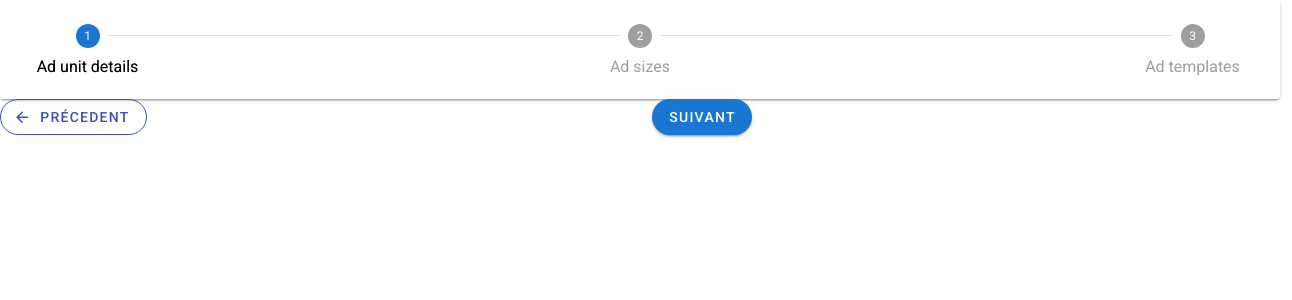
Repository: SidneyHodieb/myc
Page: /addsource
These files come from the project's save history. The page is drawn as it stood at one moment and after the next save; the edit follows.
The browser window is 1280 px wide. The page is 1292 px wide, so the pictures cover 1292 px, including what lies to the right of the window. The pictures show the whole page.
The project was rebuilt for these pictures with package versions that can differ from the ones it lists, and the page was loaded fresh each time. Also part of the build but not shown: vue.config.js, src/views/Home.vue, src/views/addSource/components/format.vue, src/views/addSource/components/card.vue, src/views/addSource/components/trigger.vue.

Above is the page before, as saved 2021-04-03 17:53:47.

### src/App.vue
<template>
  <v-app>
    <v-main>
      <router-view></router-view>
    </v-main>
  </v-app>
</template>

<script>

export default {
  name: 'App',
  data: () => ({
    //
  }),
};
</script>

### src/router/index.js
import Vue from 'vue'
import VueRouter from 'vue-router'
import Home from '../views/Home.vue'
import addSource from '../views/addSource/column'
import format from '../views/addSource/components/format'
import card from '../views/addSource/components/card'
import trigger from '../views/addSource/components/trigger'

Vue.use(VueRouter)

const routes = [
  {
    path: '/',
    name: 'Home',
    component: Home
  },
  {
    path: '/addsource',
    name: 'addSource',
    component: addSource,
    children: [
      {
        path: 'format',
        component: format
      },
      {
        path: 'card',
        component: card
      },
      {
        path: 'trigger',
        component: trigger
      }
    ]
  },
  {
    path: '/about',
    name: 'About',
    // route level code-splitting
    // this generates a separate chunk (about.[hash].js) for this route
    // which is lazy-loaded when the route is visited.
    component: function () {
      return import(/* webpackChunkName: "about" */ '../views/About.vue')
    }
  }
]

const router = new VueRouter({
  mode: 'history',
  base: process.env.BASE_URL,
  routes
})

export default router

### src/views/addSource/column.vue
<template>
  <div>
    <!-- Header -->
      <v-stepper alt-labels>
          <v-stepper-header>
            <v-stepper-step step="1">
              Ad unit details
            </v-stepper-step>

            <v-divider></v-divider>

            <v-stepper-step step="2">
              Ad sizes
            </v-stepper-step>

            <v-divider></v-divider>

            <v-stepper-step step="3">
              Ad templates
            </v-stepper-step>
          </v-stepper-header>
        </v-stepper>

        <!-- Content -->
        <router-view></router-view>
        <!--Footer  -->


      <v-row absolute bottom>
        <v-col>
          <v-btn
      rounded
      outlined
      color="indigo"
    >
     <v-icon left>
        mdi-arrow-left
      </v-icon>
      Précedent
    </v-btn>
        </v-col>
        <v-col>
          <v-btn
      rounded
      color="primary"
      dark
    >
      Suivant
    </v-btn>
        </v-col>
      </v-row>


   <!--  <v-sheet
      id="scroll-threshold-example"
      class="overflow-y-auto pb-16"
      max-height="600"
    >
      <v-responsive height="1500"></v-responsive>
    </v-sheet> -->
  </div>
</template>

<script>
export default {

}
</script>

<style>

</style>

Loaded but not shown: public/index.html (common file); src/main.js (common file); src/store/index.js (common file); src/plugins/vuetify.js (common file)

After the next save:
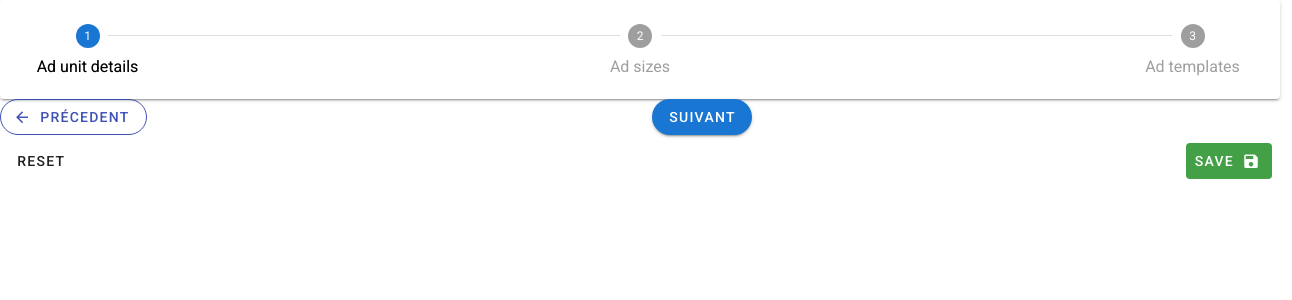
Saved 4 min 12 s later.
--- a/src/views/addSource/column.vue
+++ b/src/views/addSource/column.vue
@@ -26,7 +26,7 @@
         <!--Footer  -->
 
 
-      <v-row absolute bottom>
+      <v-row class="">
         <v-col>
           <v-btn
       rounded
@@ -50,7 +50,27 @@
         </v-col>
       </v-row>
 
+<v-card-actions>
+      <v-btn
+        text
+        @click="tree = []"
+      >
+        Reset
+      </v-btn>
 
+      <v-spacer></v-spacer>
+
+      <v-btn
+        class="white--text"
+        color="green darken-1"
+        depressed
+      >
+        Save
+        <v-icon right>
+          mdi-content-save
+        </v-icon>
+      </v-btn>
+    </v-card-actions>
    <!--  <v-sheet
       id="scroll-threshold-example"
       class="overflow-y-auto pb-16"
